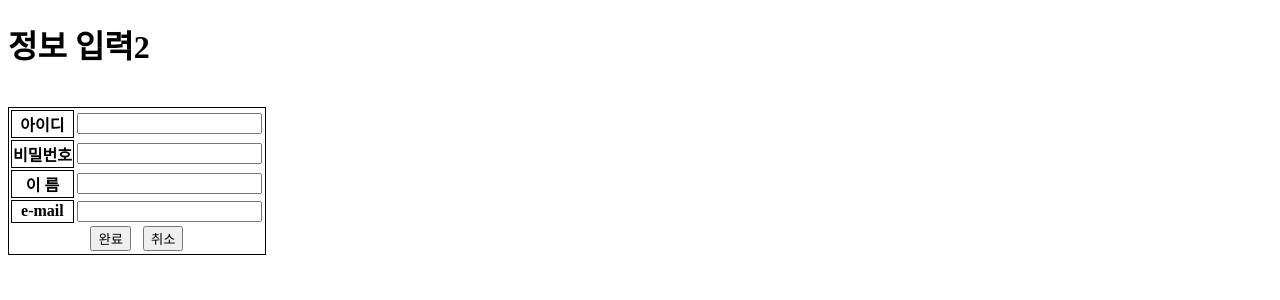
Repository: Jh1227/JSP
Page: http://localhost/12_EL/ex06_collection/memberForm5.jsp
The author's editor kept a copy of each file at every save. The page is drawn from the files as they stood at one save, then again after the next save.
The browser window is 1280 px wide. The pictures show the whole page.
The page is served by Tomcat 9.

Above is the page before, as saved 2023-04-10 01:47:30.

After the next save:
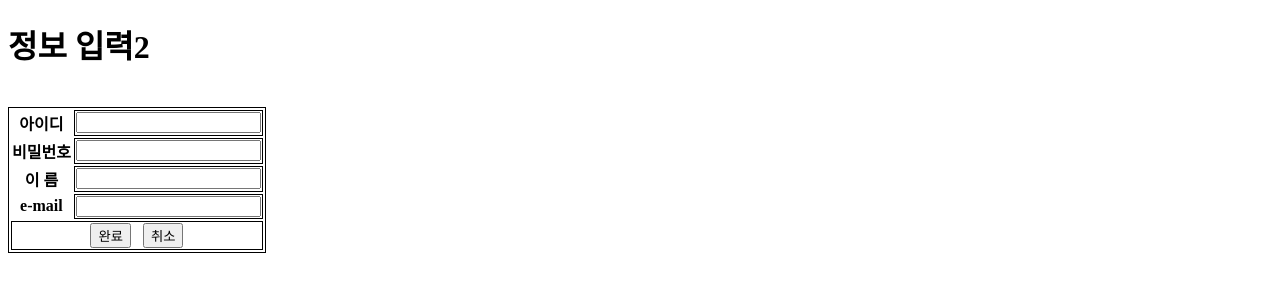
Saved 6 s later.
--- a/12_EL/src/main/webapp/ex06_collection/memberForm5.jsp
+++ b/12_EL/src/main/webapp/ex06_collection/memberForm5.jsp
@@ -9,7 +9,7 @@
 <meta charset="UTF-8">
 <title>memberForm2.jsp</title>
 <style type="text/css">
-table, th { border: 1px solid black; }
+table, td { border: 1px solid black; }
 </style>
 </head>
 <body>
